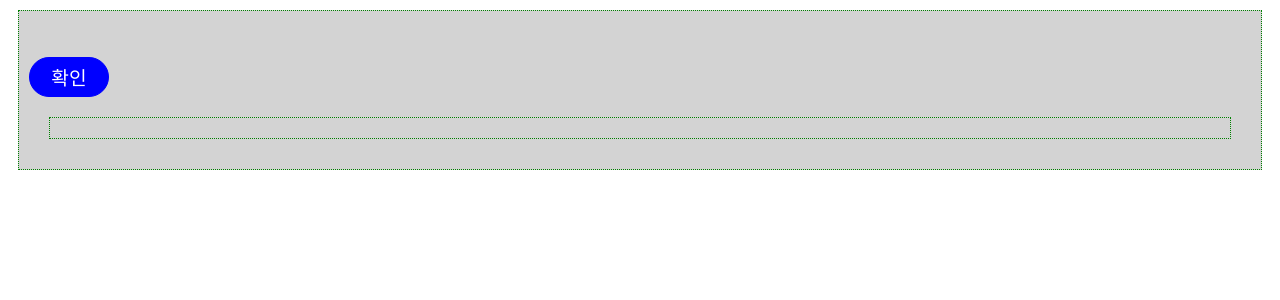
Repository: JJaeHwan/HTML
Page: jquerypro/WebContent/0117/memberList.html
These files come from the project's save history. The page is drawn as it stood at one moment and after the next save; the edit follows.
The browser window is 1280 px wide. The pictures show the whole page.

Above is the page before, as saved 2023-01-17 12:31:37.

After the next save:
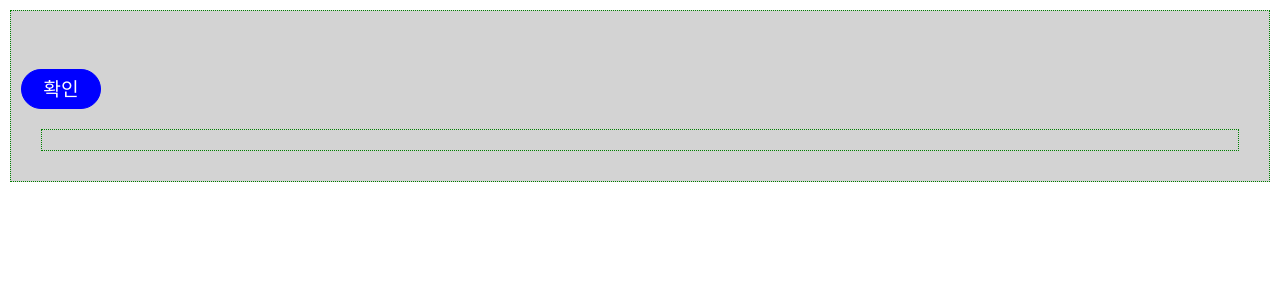
Saved 16 h 34 min later.
--- a/jquerypro/WebContent/0117/memberList.html
+++ b/jquerypro/WebContent/0117/memberList.html
@@ -4,6 +4,12 @@
 <meta charset="UTF-8">
 <title>Insert title here</title>
 <link rel="stylesheet" href="../css/public.css">
+
+
+ <meta name="viewport" content="width=device-width, initial-scale=1">
+ <link href="https://cdn.jsdelivr.net/npm/bootstrap@5.2.3/dist/css/bootstrap.min.css" rel="stylesheet">
+ <script src="https://cdn.jsdelivr.net/npm/bootstrap@5.2.3/dist/js/bootstrap.bundle.min.js"></script>
+
 <script src="../js/jquery-3.6.3.min.js" type="text/javascript"></script>
 
 <script type="text/javascript">
@@ -26,7 +32,7 @@
 					// 응답 받기 - json객체 배열
 					res = JSON.parse(this.responseText);
 
-					code = "<table border='1'>";
+					code = "<table border='1'  class='table table-striped'>";
 					code+= "<tr><td>아이디</td>";
 					code+= "<td>이름</td>";
 					code+= "<td>전화번호</td>";
